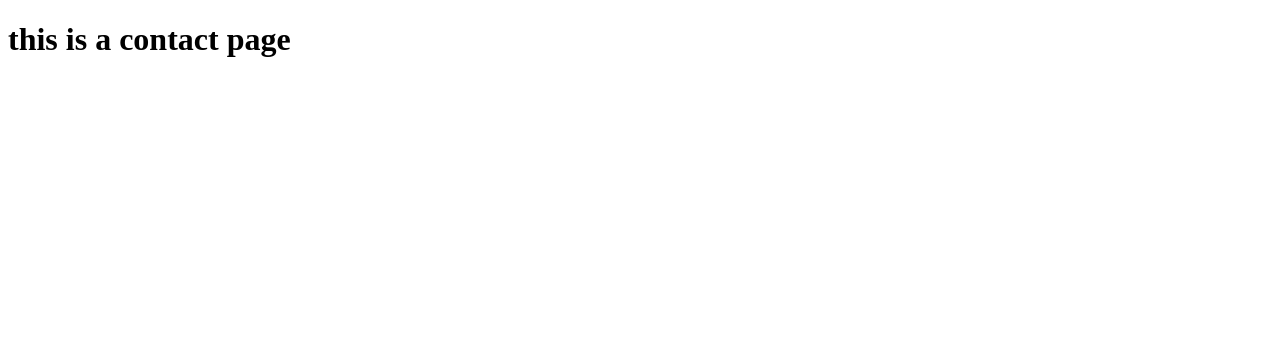
Repository: Baibhav-cmd/spring-boot-learn-
Page: http://localhost/intergatingjspinspringboot/front/Contact.jsp
An editor plug-in stored every save of this project. The page is shown before and after the next save, followed by the edit.
The browser window is 1280 px wide. The pictures show the whole page.
The page is served by Tomcat 9. Other server files are loaded and not shown.

Above is the page before, as saved 2025-09-19 08:45:39.

### intergatingjspinspringboot/src/main/webapp/front/Contact.jsp
<%@ page language="java" contentType="text/html; charset=UTF-8"
    pageEncoding="UTF-8"%>
<!DOCTYPE html>
<html>
<head>
<meta charset="UTF-8">
<title>Insert title here</title>
</head>
<body>
<h1>this is a contact page</h1>
</body>
</html>

After the next save:
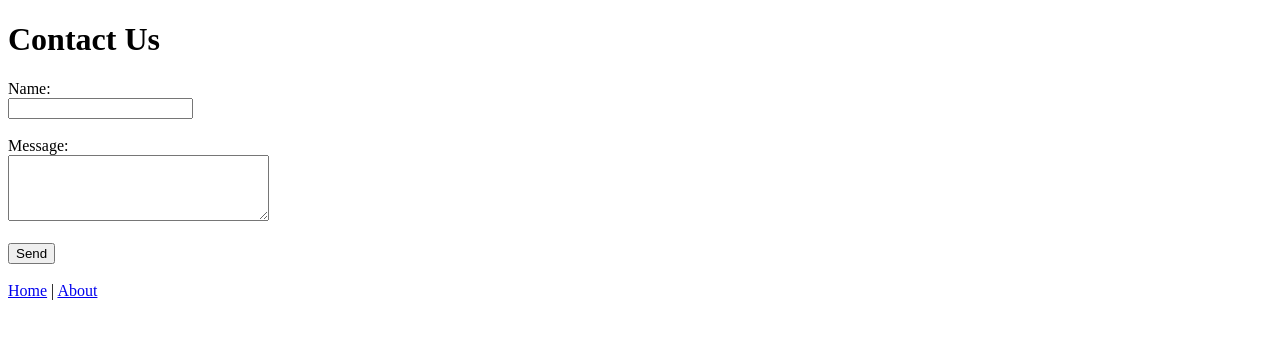
Saved 79 s later.
--- a/intergatingjspinspringboot/src/main/webapp/front/Contact.jsp
+++ b/intergatingjspinspringboot/src/main/webapp/front/Contact.jsp
@@ -1,12 +1,21 @@
-<%@ page language="java" contentType="text/html; charset=UTF-8"
-    pageEncoding="UTF-8"%>
 <!DOCTYPE html>
 <html>
 <head>
-<meta charset="UTF-8">
-<title>Insert title here</title>
+    <title>Contact Page</title>
 </head>
 <body>
-<h1>this is a contact page</h1>
+    <h1>Contact Us</h1>
+    <form>
+        <label>Name:</label><br/>
+        <input type="text" name="name"/><br/><br/>
+
+        <label>Message:</label><br/>
+        <textarea name="message" rows="4" cols="30"></textarea><br/><br/>
+
+        <input type="submit" value="Send"/>
+    </form>
+    <br/>
+    <a href="home">Home</a> |
+    <a href="about">About</a>
 </body>
 </html>
